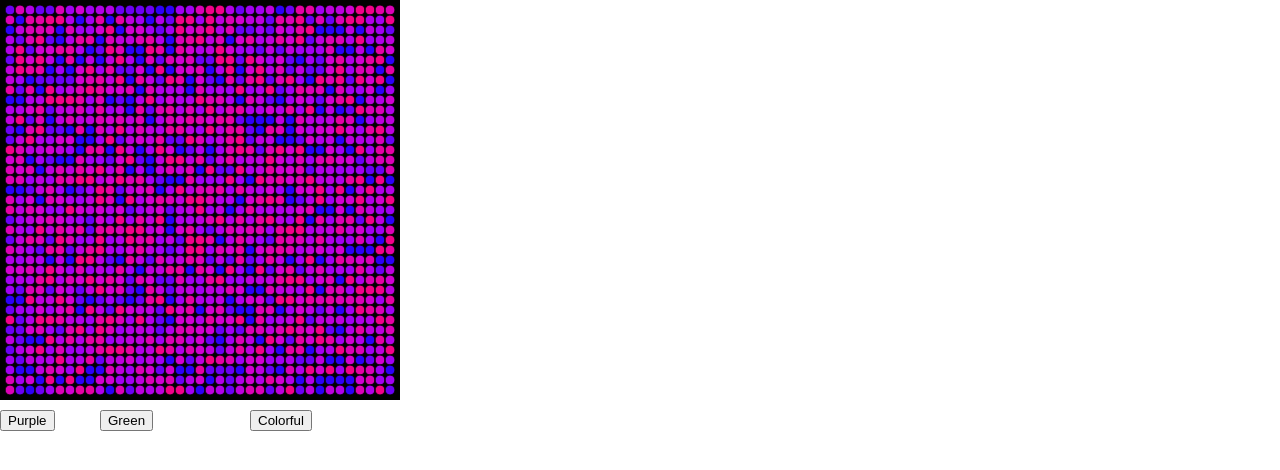
Repository: patriciqa/GenComp
Page: content/day02/pattern/index.html
An editor plug-in stored every save of this project. The page is shown before and after the next save, followed by the edit.
The browser window is 1280 px wide. The pictures show the whole page.

Above is the page before, as saved 2021-09-30 14:04:34.

### content/day02/pattern/index.html
<!DOCTYPE html>
<html lang="en">
  <head>
    <meta charset="utf-8" />
    <meta name="viewport" content="width=device-width, initial-scale=1.0">

    <title>Sketch</title>

    <link rel="stylesheet" type="text/css" href="style.css">

    <script src="libraries/p5.min.js"></script>
    <script src="libraries/p5.sound.min.js"></script>
  </head>

  <body>
    <script src="circlePattern.js"></script>
  </body>
</html>

### content/day02/pattern/style.css
html, body {
  margin: 0;
  padding: 0;
}

canvas {
  display: block;
}

### content/day02/pattern/circlePattern.js

let CSS_COLOR_PURPLE = [
  '#2d00f7ff',
  '#6a00f4ff',
  '#a100f2ff',
  '#b100e8ff',
  '#bc00ddff',
  ' #d100d1ff',
  '#db00b6ff',
  '#e500a4ff',
  '#f20089ff'
];
let CSS_COLOR_GREEN = ["#dad7cd","#a3b18a","#588157","#3a5a40","#344e41"];
let CSS_COLOR_COLORFUL = ["#ef476f","#ffd166","#06d6a0","#118ab2","#073b4c"];

let counter = 0
let color = CSS_COLOR_PURPLE;
function setup() {
  createCanvas(400,400);
  frameRate(5)

  greenButton = createButton('Green');
  greenButton.position(100, 410);
  greenButton.mousePressed(changetoGreen);
  colorButton = createButton('Colorful');
  colorButton.position(250, 410);
  colorButton.mousePressed(changetoColor);

  purpleButton = createButton('Purple');
  purpleButton.position(0, 410);
  purpleButton.mousePressed(changetoPurple);
}

function draw() {
  background('black');
  for (let x = 10; x < width; x += 10) {
    for (let y = 10; y < height; y += 10) {
      stroke(0);
      let randomColor = color[Math.floor(Math.random()*color.length)];
      fill(randomColor);

      ellipse(x, y, 10, 10);
      counter++;
    }
  }
}
function changetoGreen() {
    color = CSS_COLOR_GREEN;
}

function changetoColor() {
  color = CSS_COLOR_COLORFUL;
}
function changetoPurple() {
  color = CSS_COLOR_PURPLE;
}

Loaded but not shown: content/day02/pattern/libraries/p5.min.js (library); content/day02/pattern/libraries/p5.sound.min.js (library)

After the next save:
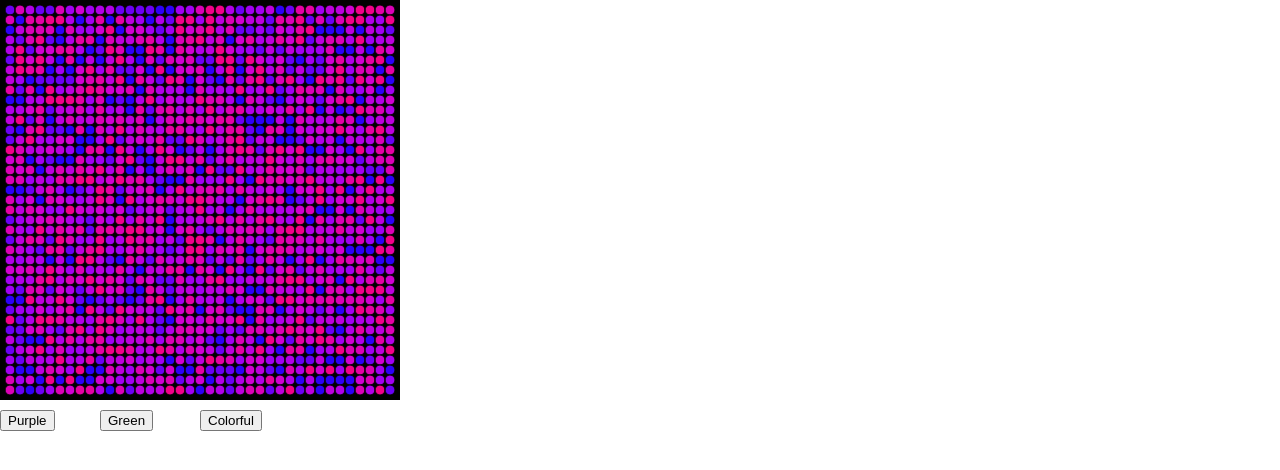
Saved 84 s later.
--- a/content/day02/pattern/circlePattern.js
+++ b/content/day02/pattern/circlePattern.js
@@ -22,8 +22,9 @@ function setup() {
   greenButton = createButton('Green');
   greenButton.position(100, 410);
   greenButton.mousePressed(changetoGreen);
+
   colorButton = createButton('Colorful');
-  colorButton.position(250, 410);
+  colorButton.position(200, 410);
   colorButton.mousePressed(changetoColor);
 
   purpleButton = createButton('Purple');
@@ -38,7 +39,6 @@ function draw() {
       stroke(0);
       let randomColor = color[Math.floor(Math.random()*color.length)];
       fill(randomColor);
-
       ellipse(x, y, 10, 10);
       counter++;
     }
@@ -47,7 +47,6 @@ function draw() {
 function changetoGreen() {
     color = CSS_COLOR_GREEN;
 }
-
 function changetoColor() {
   color = CSS_COLOR_COLORFUL;
 }
